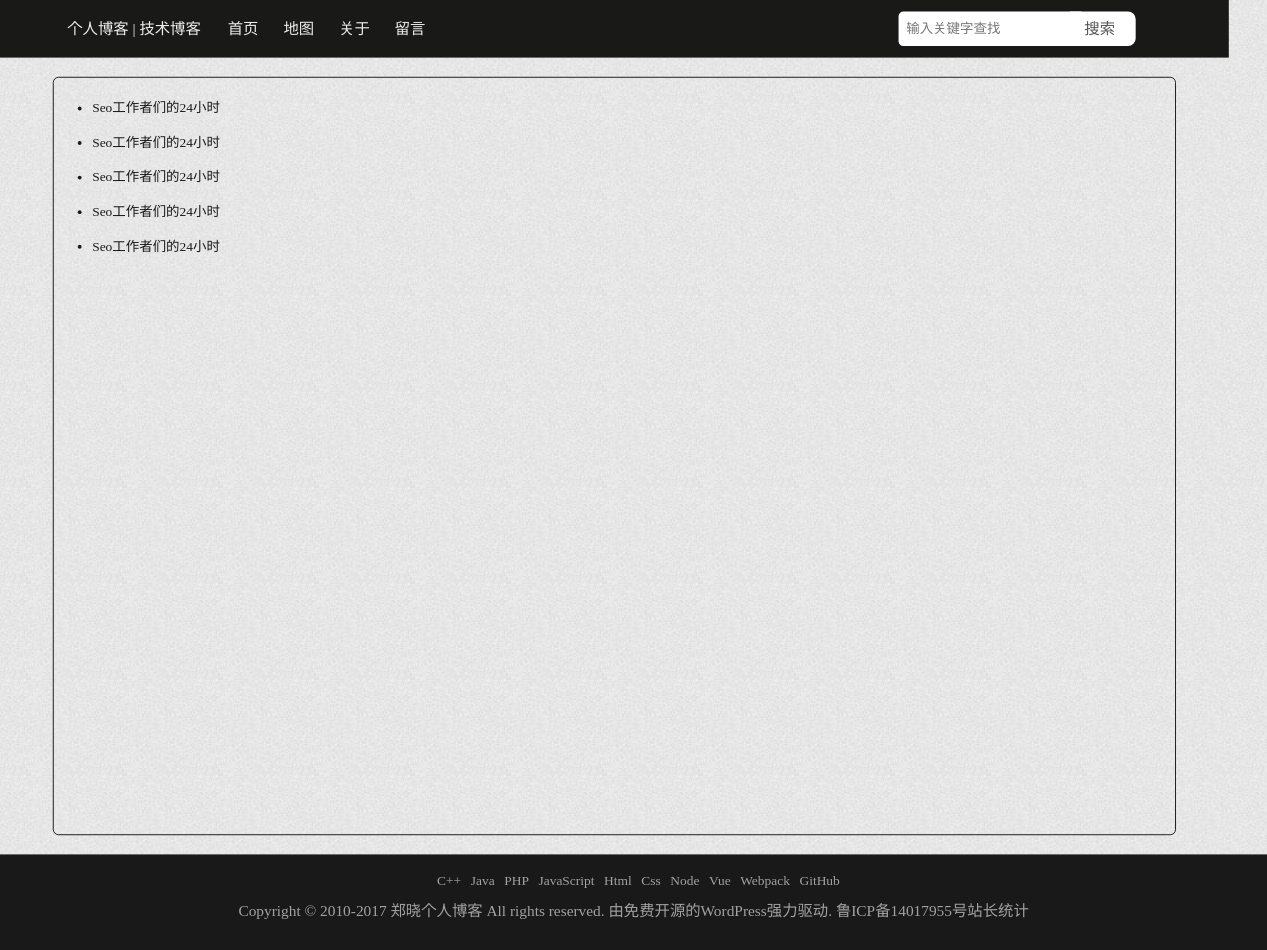
Repository: li1214/my_blog
Page: page/map.html
These files come from the project's save history. The page is drawn as it stood at one moment and after the next save; the edit follows.
The browser window is 1280 px wide. The page is 1320 px wide, so the pictures cover 1320 px, including what lies to the right of the window. The pictures show the whole page, at 96% of full size.

Above is the page before, as saved 2019-01-04 14:05:22.

### page/map.html
<!DOCTYPE html>
<html lang="en">
<head>
    <meta charset="UTF-8">
    <meta name="viewport" content="width=device-width, initial-scale=1.0">
    <meta http-equiv="X-UA-Compatible" content="ie=edge">
    <title>Document</title>
    <link href="./css/base.css" rel="stylesheet" type="text/css" />
    <link href="./css/map.css" rel="stylesheet" type="text/css" />
</head>
<body>
    <header>
        <div class="container">
            <a>个人博客 | 技术博客</a>
            <ul>
                <li><a href="">首页</a></li>
                <li><a href="">地图</a></li>
                <li><a href="">关于</a></li>
                <li><a href="">留言</a></li>
            </ul>
            <div class="search">
                <input type="text" placeholder="输入关键字查找" />
                <button>搜索</button>
            </div>
        </div>
    </header>
    <div class='content'>
        <ul>
            <li><a href="">Seo工作者们的24小时</a></li>
            <li><a href="">Seo工作者们的24小时</a></li>
            <li><a href="">Seo工作者们的24小时</a></li>
            <li><a href="">Seo工作者们的24小时</a></li>
            <li><a href="">Seo工作者们的24小时</a></li>
        </ul>
    </div>
    <footer>
        <ul>
            <li>C++</li>
            <li>Java</li>
            <li>PHP</li>
            <li>JavaScript</li>
            <li>Html</li>
            <li>Css</li>
            <li>Node</li>
            <li>Vue</li>
            <li>Webpack</li>
            <li>GitHub</li>
        </ul>
        <p>Copyright © 2010-2017 郑晓个人博客 All rights reserved. 由免费开源的WordPress强力驱动. 鲁ICP备14017955号站长统计</p>
    </footer>
</body>
</html>

### page/css/base.css
html {line-height: 1.15; /* 1 */-webkit-text-size-adjust: 100%; /* 2 */}
body {margin: 0;}
@font-face{
    font-family: 'myicon';
    src: url('../font/glyphicons-halflings-regular.woff2')
}
ul{padding: 0}
main {
  display: block;
}
h1 {
  font-size: 2em;
  margin: 0.67em 0;
}
hr {
  box-sizing: content-box; /* 1 */
  height: 0; /* 1 */
  overflow: visible; /* 2 */
}
pre {
  font-family: monospace, monospace; /* 1 */
  font-size: 1em; /* 2 */
}
a {
  background-color: transparent;
}
abbr[title] {
  border-bottom: none; /* 1 */
  text-decoration: underline; /* 2 */
  text-decoration: underline dotted; /* 2 */
}
b,
strong {
  font-weight: bolder;
}
code,
kbd,
samp {
  font-family: monospace, monospace; /* 1 */
  font-size: 1em; /* 2 */
}
small {
  font-size: 80%;
}
sub,
sup {
  font-size: 75%;
  line-height: 0;
  position: relative;
  vertical-align: baseline;
}
sub {
  bottom: -0.25em;
}
sup {
  top: -0.5em;
}
img {
  border-style: none;
}
button,
input,
optgroup,
select,
textarea {
  font-family: inherit; /* 1 */
  font-size: 100%; /* 1 */
  line-height: 1.15; /* 1 */
  margin: 0; /* 2 */
}
button,
input { /* 1 */
  overflow: visible;
}
button,
select { /* 1 */
  text-transform: none;
}
button,
[type="button"],
[type="reset"],
[type="submit"] {
  -webkit-appearance: button;
}
button::-moz-focus-inner,
[type="button"]::-moz-focus-inner,
[type="reset"]::-moz-focus-inner,
[type="submit"]::-moz-focus-inner {
  border-style: none;
  padding: 0;
}
button:-moz-focusring,
[type="button"]:-moz-focusring,
[type="reset"]:-moz-focusring,
[type="submit"]:-moz-focusring {
  outline: 1px dotted ButtonText;
}
fieldset {
  padding: 0.35em 0.75em 0.625em;
}
legend {
  box-sizing: border-box; /* 1 */
  color: inherit; /* 2 */
  display: table; /* 1 */
  max-width: 100%; /* 1 */
  padding: 0; /* 3 */
  white-space: normal; /* 1 */
}
progress {
  vertical-align: baseline;
}
textarea {
  overflow: auto;
}

[type="checkbox"],
[type="radio"] {
  box-sizing: border-box; /* 1 */
  padding: 0; /* 2 */
}
[type="number"]::-webkit-inner-spin-button,
[type="number"]::-webkit-outer-spin-button {
  height: auto;
}

[type="search"] {
  -webkit-appearance: textfield; /* 1 */
  outline-offset: -2px; /* 2 */
}

[type="search"]::-webkit-search-decoration {
  -webkit-appearance: none;
}
::-webkit-file-upload-button {
  -webkit-appearance: button; /* 1 */
  font: inherit; /* 2 */
}
details {
  display: block;
}
summary {
  display: list-item;
}
template {
  display: none;
}
[hidden] {
  display: none;
}
a{text-decoration: none;}
/* ========================================================== css reset ========================================================== */

body {
    width: 100%;
    height: 100%;
    background-image: url(../image/bg.jpg);
    background-repeat: repeat;
    overflow-x: hidden;
}

header{
    width: 100%;
    height: 60px;
    background-color: #191918;
}
header .container {
    width:1170px;
    height: 100%;
    margin: 0 auto;
}
header .container>a{
    display: block;
    float: left;
    color: #eee;
    line-height: 60px;
    margin: 0 15px;
    font-size: 16px;
}
header .container>ul{
    float: left;
    margin: 0;
    padding: 0;
}
header .container>ul>li{
    display: inline-block;
    float: left;
}
header .container>ul>li a{
    color: #eee;
    display: inline-block;
    height: 60px;
    width: 58px;
    line-height: 60px;
    text-align: center;
}
header .container .search{
    float: right;
    height: 100%;
    position: relative;
    right: 117px;
}
header .container .search>input{
    display: inline-block;
    position: absolute;
    height: 26px;
    padding: 5px 8px;
    border-radius: 5px;
    border:none;
    outline: none;
    font-size: 14px;
    margin-top: 12px;
    left: -172px;
}
header .container .search > button{
    outline: none;
    display: inline-block;
    position: absolute;
    width: 75px;
    height: 36px;
    padding: 5px 10px;
    border-radius: 8px;
    margin-top: 12px;
    cursor: pointer;
    color: #555;
    background-color: white;
    border: none;
}
/* ============================================================== header end ===================================================================== */
.content {
    width: 1170px;
    margin: 0 auto;
    position: relative;
    overflow: hidden;
}
.content .content-left{
    float: left;
    width: 66%;
    box-sizing: border-box;
    padding: 0 20px;
    background: #f60;
}
.content .content-right{
    float: right;
    width: 34%;
    box-sizing: border-box;
    background-color: aqua;
}
.right-box{
    background-color: #1f1f1f;
    margin-top: 20px;
    width: 80%;
    margin: 0 auto;
    box-sizing: border-box;
    border-radius: 6px;
    padding-bottom: 10px;
}
.right-box>h4 {
    color: #f4f4f4;
    font-weight: normal;
    padding: 5px 10px;
    font-size: 14px;
}
.right-box .contents{
    color: #eee;
    padding: 0 10px 0px 10px;
}
/* .right-box .contents a::after{
    display: block;
    content: '';
    overflow: hidden;
    clear: both;
    position: absolute;
} */
.right-box .contents>a{
    display: inline-block;
}
.right-box .contents li{
    width: 100%;
    list-style: none;
    white-space:nowrap;
    overflow: hidden;
   text-overflow: ellipsis;
    border-top:1px solid #555;
}
.right-box .contents li a{
    font-size: 14px;
    display: inline-block;
    color: #eee;
    padding: 10px 0;
}
.right-box .item .item-title{position: relative;}
.right-box .item .item-title span{display: inline-block;font-size: 14px;font-weight: normal;}
.right-box .item .item-title span.spanr{
    position: absolute;
    right: 10px;
}
.right-box .item > p{color: #777;font-size: 14px;}


/* =====================================================================  footer start ================================================================= */

footer{
    width: 100%;
    height: 60px;
    background: #191919;
    text-align: center;
    padding: 20px;
}
footer ul{
    display: inline-block;
    margin:  0 auto;
    text-align: center;
}
footer ul li{
    display: inline-block;
    color: #a2a2a2;
    float: left;
    font-size: 14px;
    margin-left: 10px;
    cursor: pointer;
    text-align: center;
}
footer p {
    margin-top: 10px;
    color: #a2a2a2;
}

### page/css/map.css
.content{
    min-height: 790px;
    border: 1px solid #191919;
    border-radius: 6px;
    font-size: 14px;
    padding: 0 0 0 40px;
    box-sizing: border-box;
    margin: 20px auto;
}
.content ul li{
   list-style-type: disc;
    color: #191919;
}
.content ul li a{
    display: inline-block;
    padding: 10px 0;
    color: #191919;
}

After the next save:
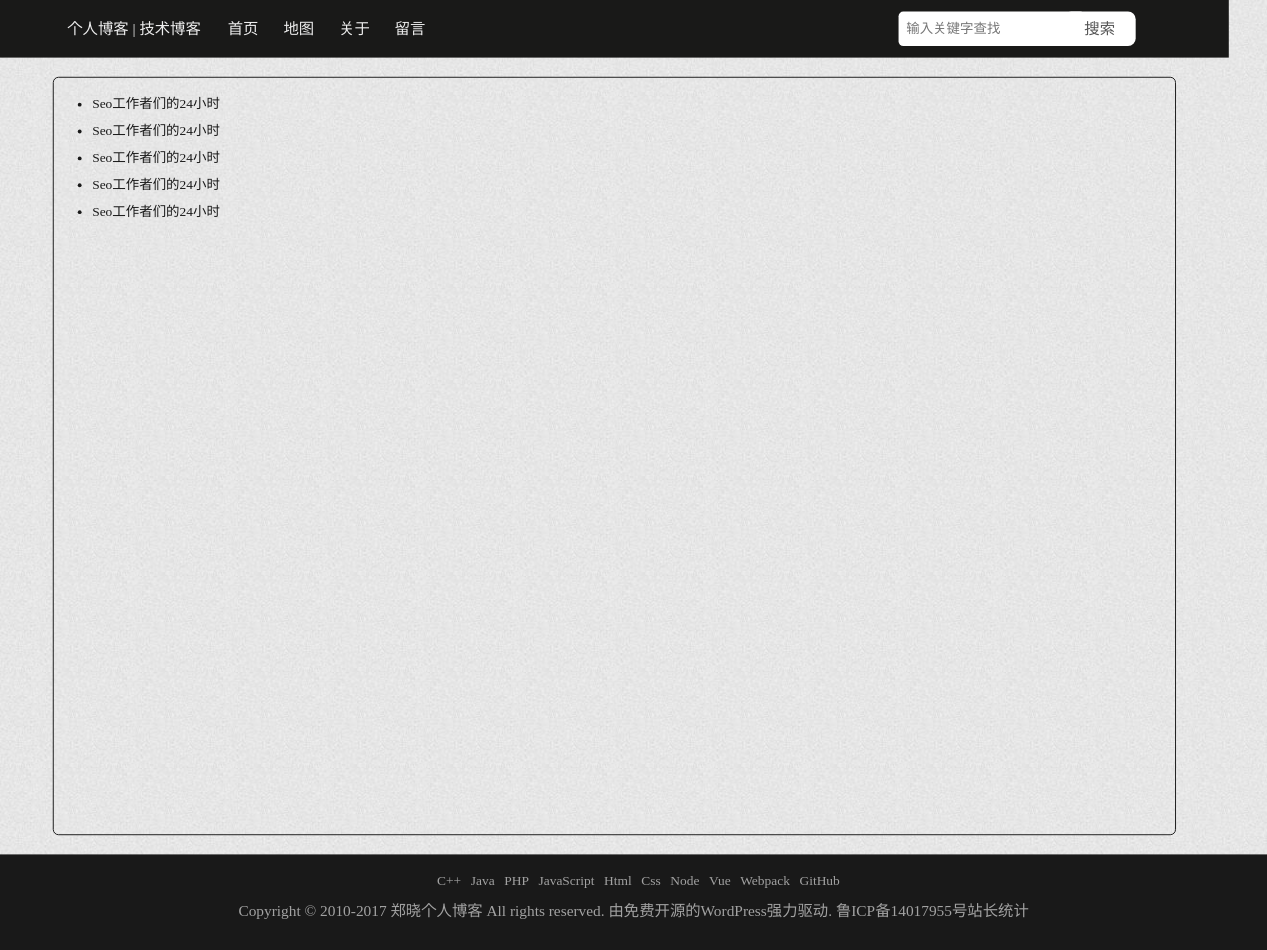
Saved 21 s later.
--- a/page/css/map.css
+++ b/page/css/map.css
@@ -13,6 +13,6 @@
 }
 .content ul li a{
     display: inline-block;
-    padding: 10px 0;
+    padding: 6px 0;
     color: #191919;
 }
